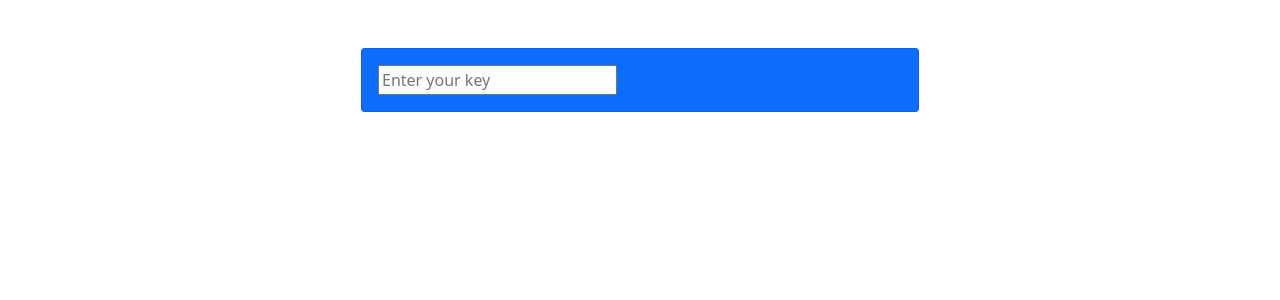
Repository: Hits-95/Spring
Page: http://localhost/SpringMVC_Search/home
An editor plug-in stored every save of this project. The page is shown before and after the next save, followed by the edit.
The browser window is 1280 px wide. The pictures show the whole page.
The page is served by Tomcat 9. Other server files are loaded and not shown.

Above is the page before, as saved 2021-04-10 06:54:51.

### SpringMVC_Search/src/main/webapp/WEB-INF/spring-servlet.xml
<?xml version="1.0" encoding="UTF-8"?>
<beans xmlns="http://www.springframework.org/schema/beans"
	xmlns:xsi="http://www.w3.org/2001/XMLSchema-instance" xmlns:context="http://www.springframework.org/schema/context"
	xmlns:p="http://www.springframework.org/schema/p" xmlns:tx="http://www.springframework.org/schema/tx"
	xsi:schemaLocation="http://www.springframework.org/schema/beans
 	http://www.springframework.org/schema/beans/spring-beans.xsd
 	http://www.springframework.org/schema/context
 	http://www.springframework.org/schema/context/spring-context.xsd
 	http://www.springframework.org/schema/tx
 	http://www.springframework.org/schema/tx/spring-tx.xsd
 	">


	<!-- enable annotation -->
	<context:component-scan base-package="SpringMVC_Search"></context:component-scan>
	<!-- this is our bean -->

	<bean
		class="org.springframework.web.servlet.view.InternalResourceViewResolver"
		name="viewResolver">

		<property name="prefix" value="/WEB-INF/views/" />
		<property name="suffix" value=".jsp" />
	</bean>



</beans>

### SpringMVC_Search/src/main/webapp/WEB-INF/views/home.jsp
<%@ page language="java" contentType="text/html; charset=ISO-8859-1"
	pageEncoding="ISO-8859-1"%>
<%@include file="link.jsp"%>
<!DOCTYPE html PUBLIC "-//W3C//DTD HTML 4.01 Transitional//EN" "http://www.w3.org/TR/html4/loose.dtd">
<html>
<head>
<meta http-equiv="Content-Type" content="text/html; charset=ISO-8859-1">
<title>Home</title>
</head>
<body>
	<div class="container">
		<div class="card mx-auto mt-5 bg-primary" style="width: 50%;">
			<!-- <img src="..." class="card-img-top" alt="..."> -->
			<div class="card-body">
				<form action="">
					<div class="form-group">
						<input type="text" name="querybox" placeholder="Enter your key" />
					</div>
				</form>
			</div>
		</div>
	</div>

</body>
</html>

### SpringMVC_Search/src/main/webapp/WEB-INF/views/link.jsp
<!doctype html>
<html lang="en">
  <head>
    <!-- Required meta tags -->
    <meta charset="utf-8">
    <meta name="viewport" content="width=device-width, initial-scale=1">

    <!-- Bootstrap CSS -->
    <link href="https://cdn.jsdelivr.net/npm/bootstrap@5.0.0-beta3/dist/css/bootstrap.min.css" rel="stylesheet" integrity="sha384-eOJMYsd53ii+scO/bJGFsiCZc+5NDVN2yr8+0RDqr0Ql0h+rP48ckxlpbzKgwra6" crossorigin="anonymous">


  </head>
  <body>


    <!-- Optional JavaScript; choose one of the two! -->

    <!-- Option 1: Bootstrap Bundle with Popper -->
    <script src="https://cdn.jsdelivr.net/npm/bootstrap@5.0.0-beta3/dist/js/bootstrap.bundle.min.js" integrity="sha384-JEW9xMcG8R+pH31jmWH6WWP0WintQrMb4s7ZOdauHnUtxwoG2vI5DkLtS3qm9Ekf" crossorigin="anonymous"></script>

    <!-- Option 2: Separate Popper and Bootstrap JS -->
    <!--
    <script src="https://cdn.jsdelivr.net/npm/@popperjs/core@2.9.1/dist/umd/popper.min.js" integrity="sha384-SR1sx49pcuLnqZUnnPwx6FCym0wLsk5JZuNx2bPPENzswTNFaQU1RDvt3wT4gWFG" crossorigin="anonymous"></script>
    <script src="https://cdn.jsdelivr.net/npm/bootstrap@5.0.0-beta3/dist/js/bootstrap.min.js" integrity="sha384-j0CNLUeiqtyaRmlzUHCPZ+Gy5fQu0dQ6eZ/xAww941Ai1SxSY+0EQqNXNE6DZiVc" crossorigin="anonymous"></script>
    -->
  </body>
</html>

### SpringMVC_Search/src/main/java/SpringMVC_Search/SearchController.java
package SpringMVC_Search;

import org.springframework.stereotype.Controller;
import org.springframework.web.bind.annotation.RequestMapping;

@Controller
public class SearchController {

	@RequestMapping("/home")
	public String home(){

		System.out.println("home was called...");
		return"home";
	}
}

After the next save:
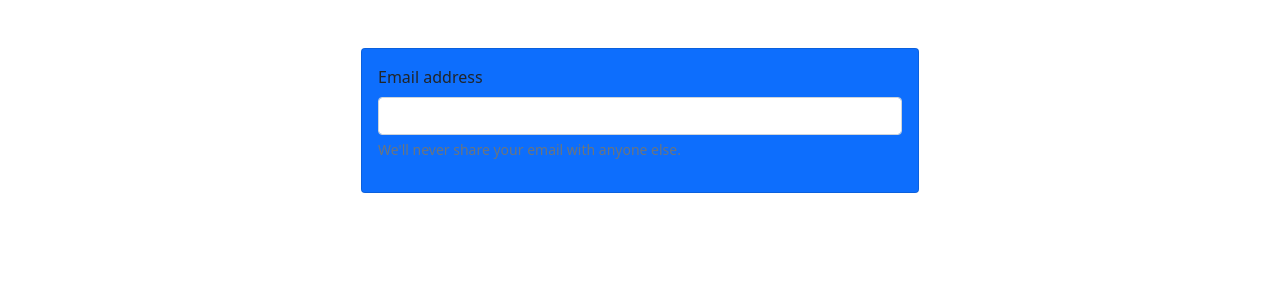
Saved 2 min 23 s later.
--- a/SpringMVC_Search/src/main/webapp/WEB-INF/views/home.jsp
+++ b/SpringMVC_Search/src/main/webapp/WEB-INF/views/home.jsp
@@ -13,8 +13,12 @@
 			<!-- <img src="..." class="card-img-top" alt="..."> -->
 			<div class="card-body">
 				<form action="">
-					<div class="form-group">
-						<input type="text" name="querybox" placeholder="Enter your key" />
+					<div class="mb-3">
+						<label for="exampleInputEmail1" class="form-label">Email
+							address</label> <input type="email" class="form-control"
+							id="exampleInputEmail1" aria-describedby="emailHelp">
+						<div id="emailHelp" class="form-text">We'll never share your
+							email with anyone else.</div>
 					</div>
 				</form>
 			</div>
